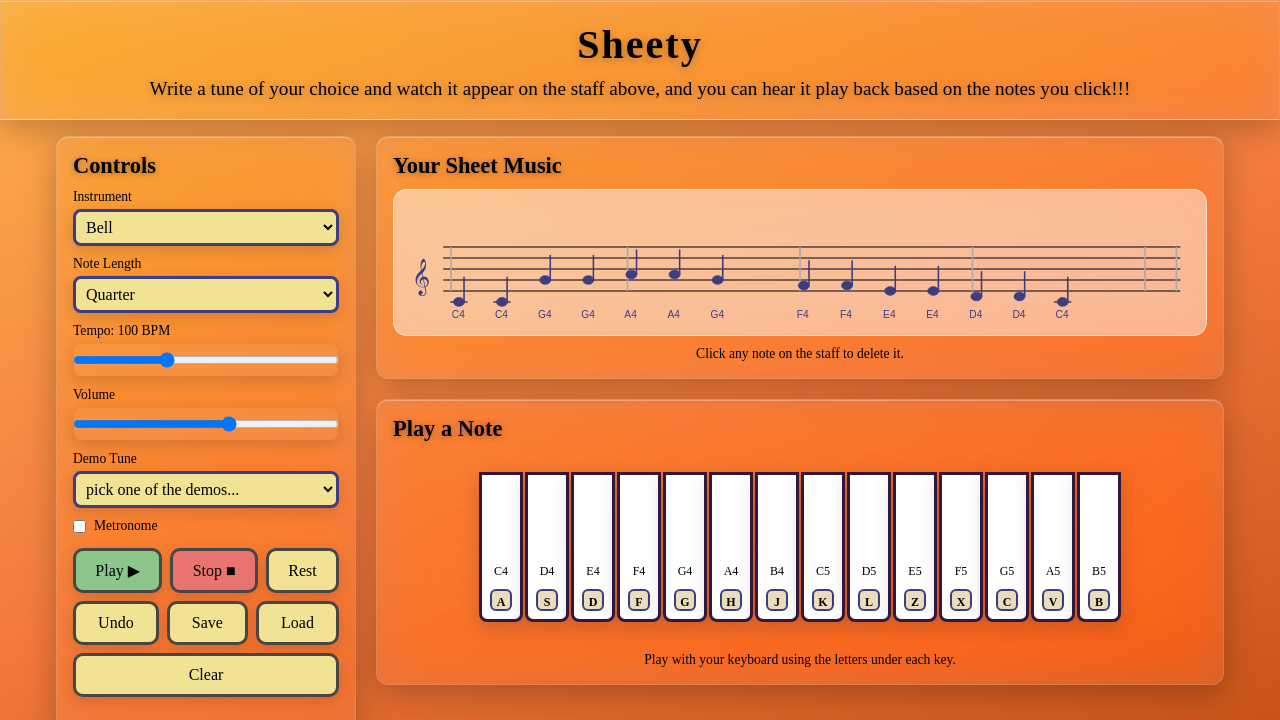
Repository: manayparikh1/sheety
Page: index.html
An editor plug-in stored every save of this project. The page is shown before and after the next save, followed by the edit.
The browser window is 1280 px wide. The pictures show the whole page.
An inner scrolling area shows only its first screen.

Above is the page before, as saved 2026-08-24 19:33:50.

After the next save:
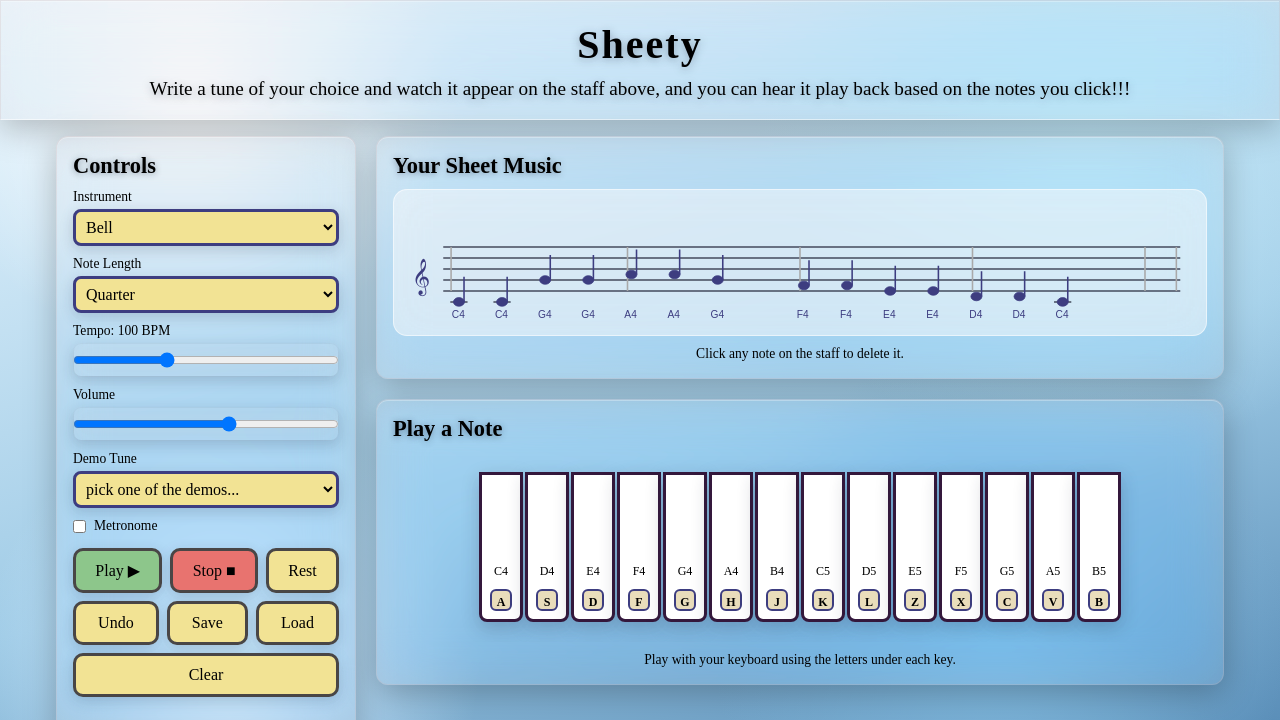
Saved 32 min 5 s later.
--- a/index.html
+++ b/index.html
@@ -34,7 +34,13 @@
 
         html,
         body {
-            background: linear-gradient(160deg, #ffb04d, #f2793d 55%, #c9541a);
+            background:
+                radial-gradient(28rem 28rem at 15% 12%, rgba(255, 255, 255, .9), transparent 60%),
+                radial-gradient(34rem 34rem at 85% 18%, #bfe6f7, transparent 62%),
+                radial-gradient(30rem 30rem at 78% 88%, #7fb8dd, transparent 60%),
+                radial-gradient(26rem 26rem at 18% 92%, #cfeaff, transparent 60%),
+                linear-gradient(165deg, #eaf7ff, #9fcbe6 60%, #5b8fb9);
+
             background-attachment: fixed;
             min-height: 100vh;
             height: 100%;
